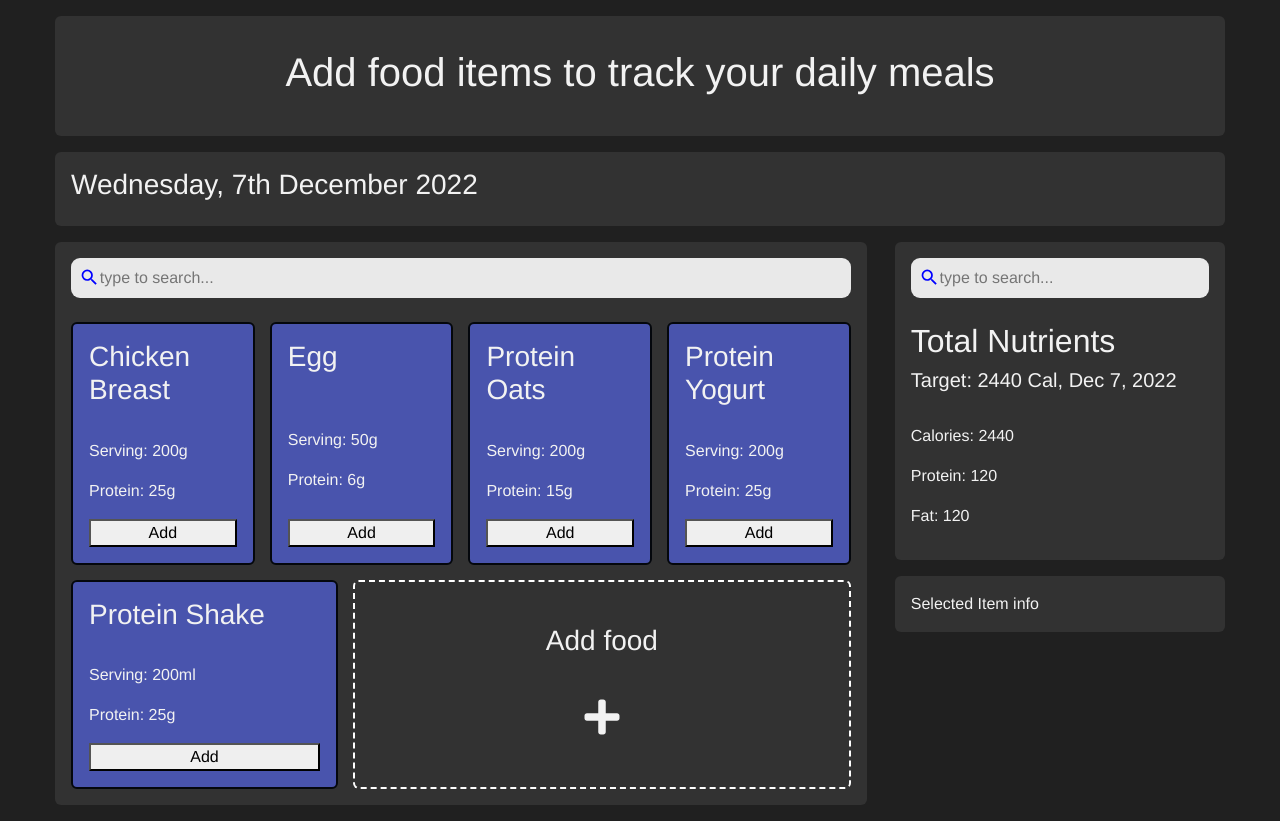
Repository: CEEPREL/NutritionTracker
Page: /
These files come from the project's save history. The page is drawn as it stood at one moment and after a run of saves; the edit follows.
The browser window is 1280 px wide. The pictures show the whole page.
The project was rebuilt for these pictures with package versions that can differ from the ones it lists, and the page was loaded fresh each time. Also part of the build but not shown: vite.config.js.

Above is the page before, as saved 2022-12-08 19:09:08.

### public/index.html
<!DOCTYPE html>
<html lang="en">

<head>
  <meta charset="utf-8" />
  <link rel="icon" href="%PUBLIC_URL%/favicon.ico" />
  <meta name="viewport" content="width=device-width, initial-scale=1" />
  <meta name="theme-color" content="#000000" />
  <meta name="description" content="Web site created using create-react-app" />
  <link rel="apple-touch-icon" href="%PUBLIC_URL%/logo192.png" />
  <!--
      manifest.json provides metadata used when your web app is installed on a
      user's mobile device or desktop. See https://developers.google.com/web/fundamentals/web-app-manifest/
    -->
  <link rel="manifest" href="%PUBLIC_URL%/manifest.json" />
  <!--
      Notice the use of %PUBLIC_URL% in the tags above.
      It will be replaced with the URL of the `public` folder during the build.
      Only files inside the `public` folder can be referenced from the HTML.

      Unlike "/favicon.ico" or "favicon.ico", "%PUBLIC_URL%/favicon.ico" will
      work correctly both with client-side routing and a non-root public URL.
      Learn how to configure a non-root public URL by running `npm run build`.
    -->
  <title>React App</title>
  <!-- CSS only -->
  <link href="https://cdn.jsdelivr.net/npm/bootstrap@5.2.3/dist/css/bootstrap.min.css" rel="stylesheet"
    integrity="sha384-rbsA2VBKQhggwzxH7pPCaAqO46MgnOM80zW1RWuH61DGLwZJEdK2Kadq2F9CUG65" crossorigin="anonymous">

</head>

<body>
  <noscript>You need to enable JavaScript to run this app.</noscript>
  <div id="root"></div>

  <!-- JavaScript Bundle with Popper -->
  <script src="https://cdn.jsdelivr.net/npm/bootstrap@5.2.3/dist/js/bootstrap.bundle.min.js"
    integrity="sha384-kenU1KFdBIe4zVF0s0G1M5b4hcpxyD9F7jL+jjXkk+Q2h455rYXK/7HAuoJl+0I4"
    crossorigin="anonymous"></script>

</body>

</html>

### src/App.js
/* eslint-disable jsx-a11y/img-redundant-alt */
import React, { useState, useEffect } from 'react';
import './App.css';
import './styles/searchFood.css';
import data from './data';

import CalculateNutrients from './components/CalculateNutrients';
import FoodList from './components/FoodList';
import Header from './components/Header';

const App = () => {

  //   const [foods, setFoods] = useState([
  //     {
  //         name: "Chicken Breast",
  //         size: "200g",
  //         protein: "25g",
  //         category: "lunch"
  //     }, {
  //         name: "Egg",
  //         size: "50g",
  //         protein: "6g",
  //         category: "breakfast"
  //     }, {
  //         name: "Protein Oats",
  //         size: "200g",
  //         protein: "15g",
  //         category: "breakfast"
  //     }, {
  //         name: "Protein Yogurt",
  //         size: "200g",
  //         protein: "25g",
  //         category: "breakfast"
  //     }, {
  //         name: "Protein Shake",
  //         size: "200ml",
  //         protein: "25g",
  //         category: "lunch"
  //     }
  //  ]);

  const { food_data } = data;
  return (
    <div className="container">
      <Header />

      <div className="wrapper-card">
        <h3>Wednesday, 7th December 2022</h3>
      </div>

      <div className="row">

        <div className="col-left">
          <div className="wrapper-card">
            <FoodList food_data={food_data} />
          </div>
        </div>

        <div className="col-right">
          <div className="wrapper-card">
            <CalculateNutrients />
          </div>

          <div className="wrapper-card">
            Selected Item info
          </div>

        </div>

      </div>

    </div>
  );
}



export default App;

### src/App.css
* {
  margin: 0;
  padding: 0;
  box-sizing: border-box;
}

code {
  font-family: source-code-pro, Menlo, Monaco, Consolas, 'Courier New',
    monospace;
}

body {
  font-family: 'Helvetica', BlinkMacSystemFont, 'Segoe UI', 'Roboto', 'Oxygen',
    'Ubuntu', 'Cantarell', 'Fira Sans', 'Droid Sans', 'Helvetica Neue',
    sans-serif;
  -webkit-font-smoothing: antialiased;
  -moz-osx-font-smoothing: grayscale;
  background: #202020;
  color: #F2F2F2;
}

.container {
  max-width: 1200px;
  justify-content: center;
  align-items: center;
  margin-left: auto;
  margin-right: auto;
  margin-top: 1rem;
  padding-right: 15px;
  padding-left: 15px;
  min-height: 100vh;
}

.header {
  padding: 2rem;
  background-color:  #323232;
  display: flex;
  flex-direction: column;
  align-items: center;
  justify-content: center;
  margin-bottom: 1rem;
  border-radius: 6px;
}

.col-left{
  float: left;
  width: 70%;
}

.col-right{
  float: left;
  width: 30%;
  padding-left: 1rem;
}

.wrapper-card {
  background-color: #323232;
  padding: 1rem;
  border-radius: 6px;
  margin-bottom: 1rem;
}

.foodList {
  display: flex;
  flex-wrap: wrap;
  gap:15px;

  /* display: grid;
  grid-gap: 1rem;
  grid-template-columns: repeat(auto-fill, minmax(180px, 1fr)); */
}

.food-card {
  min-height:8rem;
  min-width:9rem;

  border-radius: 6px;
  background-color: #4954ad;
  border: 2px solid rgb(4, 7, 12);
  padding: 1rem;

  display: flex;
  flex-direction: column;
  align-items: left;
  justify-content: space-between;
  flex: 0.5;
  cursor: pointer;

}

.new-card{
  min-height:140px;
  min-width:  18rem;
  border-radius: 6px;
  border: 2px dashed rgb(255, 255, 255);
  padding: 1rem;

  display: flex;
  flex-direction: column;
  align-items: center;
  justify-content: center;
  flex: 1;
  cursor: pointer;
}

@media screen and (max-width: 960px) {
  .col-left, .col-right {
    width: 100%;
    padding: 0;
  }
}


/* Clear floats after the columns
.row:after {
  content: "";
  display: table;
  clear: both;
} */

### src/styles/searchFood.css
.searchFood {
    padding: 0.5rem;
    background-color:  #323232;
    display: flex;
    align-items: center;
    background-color: rgb(233,233,233);
    border-radius: 9px;

  }
  .searchFood input {
    border: none;
    background-color: rgb(233,233,233);

  }

  .searchFood input:focus {
    outline: none;
  }

### src/data.js

const data = {

    food_data: [
        {
            id: '1',
            name: "Chicken Breast",
            size: "200g",
            protein: "25g",
            category: "lunch",
            image: 'https://picsum.photos/id/190/2400/1600/'
        }, {
            id: '2',
            name: "Egg",
            size: "50g",
            protein: "6g",
            category: "breakfast",
            image: 'https://picsum.photos/id/170/2400/1600/'
        }, {
            id: '3',
            name: "Protein Oats",
            size: "200g",
            protein: "15g",
            category: "breakfast",
            image: 'https://picsum.photos/id/180/2400/1600/'
        }, {
            id: '4',
            name: "Protein Yogurt",
            size: "200g",
            protein: "25g",
            category: "breakfast",
            image: 'https://picsum.photos/id/170/2400/1600/'
        }, {
            id: '5',
            name: "Protein Shake",
            size: "200ml",
            protein: "25g",
            category: "lunch",
            image: 'https://picsum.photos/id/130/2400/1600/'
        }
    ],
};

export default data;

### src/components/CalculateNutrients.js
import React from 'react'
import SearchFood from './SearchFood'

function CalculateNutrients() {
  return (
    <div className="calculateNutrients">
      <SearchFood/>
      <br></br>
      <h2>Total Nutrients</h2>
      <h5>Target: 2440 Cal, Dec 7, 2022</h5>
      <br></br>
      <p>Calories: 2440</p>
      <p>Protein: 120</p>
      <p>Fat: 120</p>
    </div>
  )
}

export default CalculateNutrients

### src/components/FoodList.js
import { FaPlus } from 'react-icons/fa';
import Food from './Food';
import SearchFood from './SearchFood';

const FoodList = ({ food_data }) => {
    return (
        <div>
            <SearchFood />
            <br></br>

            <div className="foodList">
                {food_data.map((food) =>
                    <Food
                        key={food.id}
                        name={food.name}
                        size={food.size}
                        protein={food.protein}
                        image={food.image}
                    />
                )}

                {/*
                <Food name="Salad" serving="300g" protein="4g" />
                <Food name="Chicken" serving="500g" protein="21g" />
                <Food name="Peanut Butter" serving="30g" protein="6g" />
                <Food name="Peanut Butter" serving="30g" protein="6g" />
                <Food name="Peanut Butter" serving="30g" protein="6g" />
                <Food />
                */}
                <div className="new-card">
                    <h3>Add food </h3><br></br>
                    <h1><FaPlus /></h1>

                </div>
            </div>
        </div>

    )
}

export default FoodList

### src/components/Header.js
import React from 'react'
import SearchFood from './SearchFood'

function Header(props) {
    return (

        <div className="header">
            <h1>Add food items to track your daily meals</h1>
        </div>

    )
}

export default Header

### src/components/SearchFood.js
import React from 'react'
import { MdSearch } from 'react-icons/md'

function SearchFood() {
    return (
        <div className="searchFood">
            <MdSearch className="search-icons" size="1.3em" color="blue"/>
            <input
                // onChange={(event) => handleSearchNote(event.target.value)}
                type="text"
                placeholder="type to search...">

            </input>
        </div>
    )
}

export default SearchFood

### src/components/Food.js
import React from 'react'

const Food = ({ id, name, size, protein, image }) => {
    return (
        <div className="food-card">

            <h3>{name}</h3>
            <br></br>
            {/* <img className="small" src={image} alt={name}></img> */}
            <div>
                <p>Serving: {size}</p>
                <p>Protein: {protein}</p>
            </div>
            <button>Add</button>

        </div>
    )
}

Food.defaultProps = {
    name: "Enter Food",
    serving: "0g",
    protein: "0g"
}

export default Food

Loaded but not shown: src/index.js (common file)

After the next 2 saves:
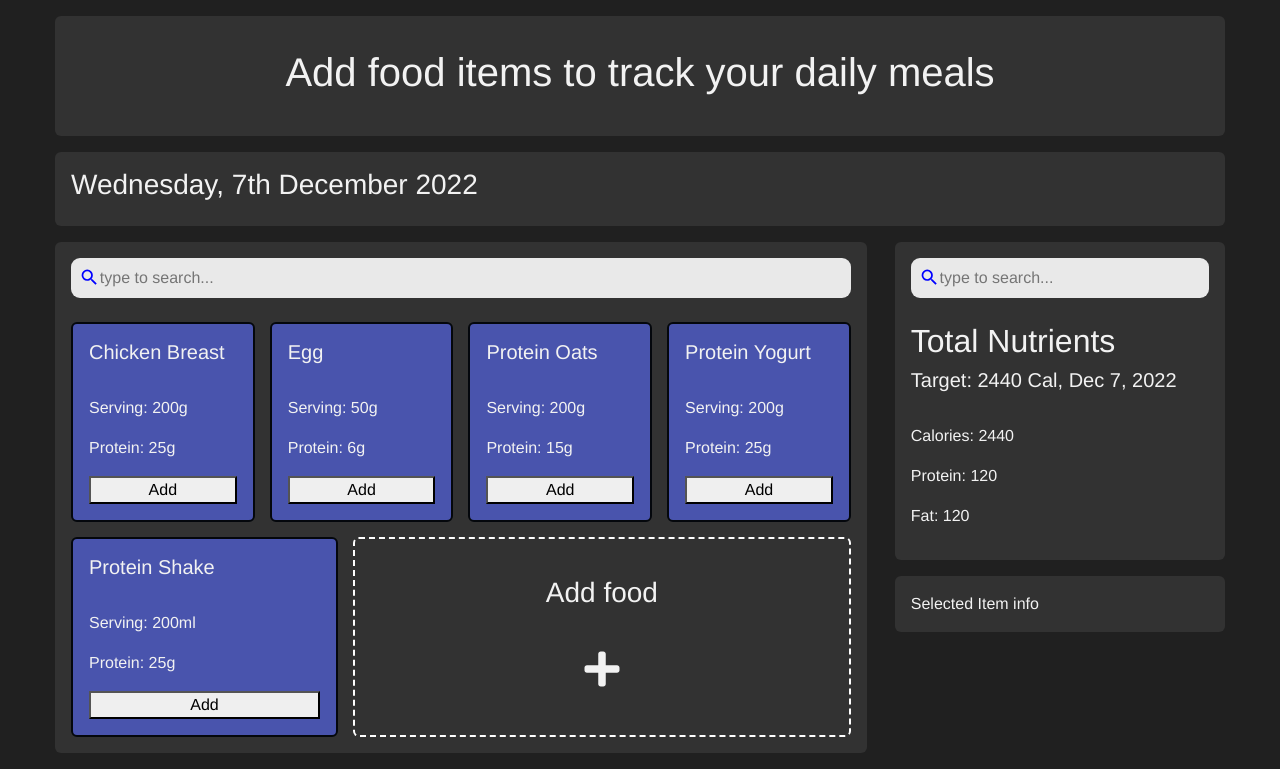
The 2 saves are shown as one change because they came seconds apart.
The last was saved 10 s later.
--- a/src/components/Food.js
+++ b/src/components/Food.js
@@ -4,7 +4,7 @@ const Food = ({ id, name, size, protein, image }) => {
     return (
         <div className="food-card">
 
-            <h3>{name}</h3>
+            <h5>{name}</h5>
             <br></br>
             {/* <img className="small" src={image} alt={name}></img> */}
             <div>
